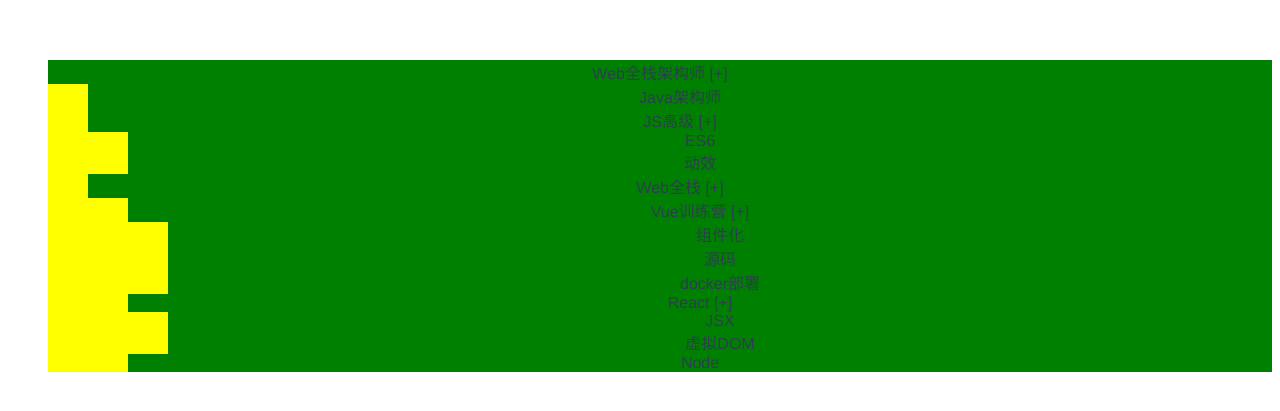
Repository: lxl0302/ClassBegin_-sound_code
Page: /#/kform
An editor plug-in stored every save of this project. The page is shown before and after the next save, followed by the edit.
The browser window is 1280 px wide. The pictures show the whole page.
The project was rebuilt for these pictures with package versions that can differ from the ones it lists, and the page was loaded fresh each time.

Above is the page before, as saved 2020-07-08 14:59:00.

After the next save:
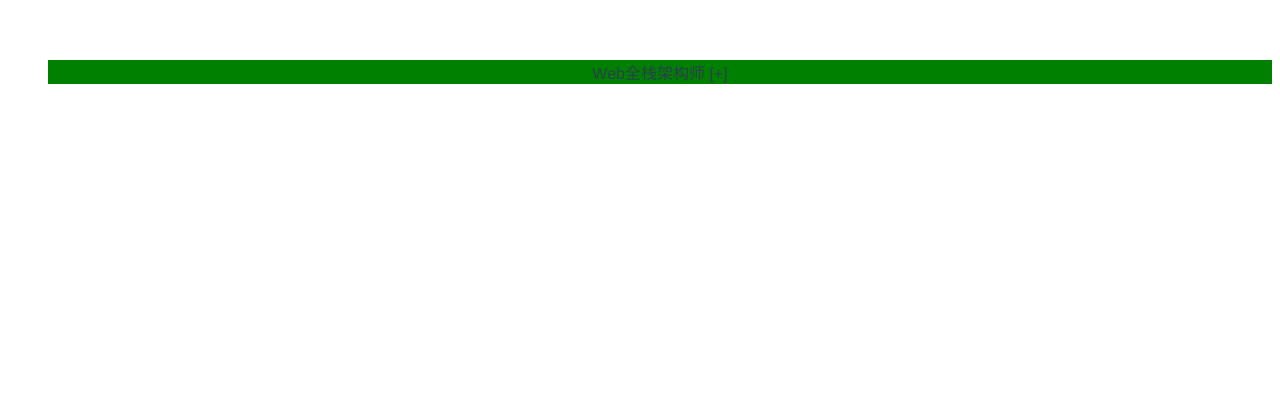
Saved 4 s later.
--- a/src/tree/Item.vue
+++ b/src/tree/Item.vue
@@ -4,7 +4,7 @@
       {{model.title}}
       <span v-if="isFolder">[{{open ? '-' : '+'}}]</span>
     </div>
-    <ul  class="ul-class">
+    <ul v-show="open" v-if="isFolder" class="ul-class">
       <item class="item" v-for="model in model.children" :model="model" :key="model.title"></item>
     </ul>
   </div>
